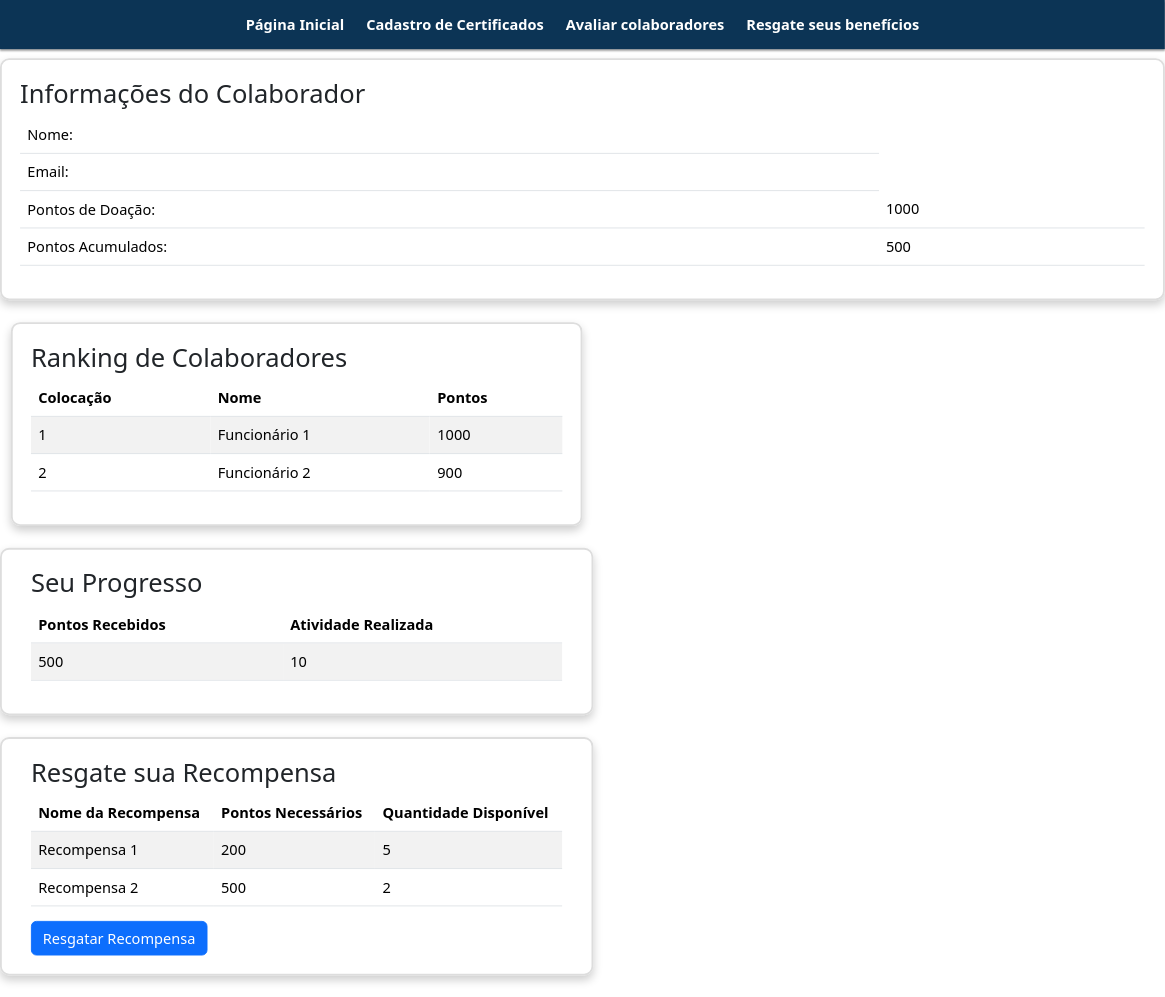
Repository: mumuryllo/ProjetoZupPointsCatalisa5
Page: ZuPointsCatalisa5 Front-End/colaborador.html
These files come from the project's save history. The page is drawn as it stood at one moment and after the next save; the edit follows.
The browser window is 1280 px wide. The pictures show the whole page, at 91% of full size.
The page's requests for data from a server got no answer.

Above is the page before, as saved 2023-10-12 17:42:32.

### ZuPointsCatalisa5 Front-End/colaborador.html
<!DOCTYPE html>
<html lang="en">
<head>
    <meta charset="UTF-8">
    <meta name="viewport" content="width=device-width, initial-scale=1.0">
    <title>Página de Funcionários</title>

    <link href="https://cdn.jsdelivr.net/npm/bootstrap@5.3.2/dist/css/bootstrap.min.css" rel="stylesheet"
        integrity="sha384-T3c6CoIi6uLrA9TneNEoa7RxnatzjcDSCmG1MXxSR1GAsXEV/Dwwykc2MPK8M2HN" crossorigin="anonymous">

    <link rel="stylesheet" href="style/nav-bar.css">

    <!-- Custom CSS for Styling -->
    <style>
        .custom-border {
            border: 2px solid #ddd;
            border-radius: 10px;
            padding: 20px;
            box-shadow: 0px 5px 10px rgba(0, 0, 0, 0.2);
        }
        .mb-4 {
            margin-bottom: 2rem;
        }
    </style>
</head>
<body>
    <!-- Cabeçalho -->
    <nav>
        <a href="index.html">Página Inicial</a>
        <a href="./cadastro_certificado.html">Cadastro de Certificados</a>
        <a href="avaliar_colaboradores.html"> Avaliar colaboradores</a>
        <a href="buscarEspecifico.html">Resgate seus benefícios</a>
    </nav>

    <div class="container-fluid">
        <div class="row">
            <!-- Informações do Colaborador -->
            <div class="col-md-12 custom-border mb-4">
                <h3>Informações do Colaborador</h3>
                <div class="table-responsive">
                    <table class="table">
                        <tbody>
                            <tr>
                                <td>Nome:</td>
                            </tr>
                            <tr>
                                <td>Email:</td>
                            </tr>
                            <tr>
                                <td>Pontos de Doação:</td>
                                <td>1000</td>
                            </tr>
                            <tr>
                                <td>Pontos Acumulados:</td>
                                <td>500</td>
                            </tr>
                            <!-- Adicione mais informações conforme necessário -->
                        </tbody>
                    </table>
                </div>
            </div>
        </div>

        <!-- Coluna da esquerda com o ranking -->
        <div class="col-md-6 custom-border mb-4">
            <h3>Ranking de Colaboradores</h3>
            <table class="table table-striped">
                <thead>
                    <tr>
                        <th>Colocação</th>
                        <th>Nome</th>
                        <th>Pontos</th>
                    </tr>
                </thead>
                <tbody>
                    <tr>
                        <td>1</td>
                        <td>Funcionário 1</td>
                        <td>1000</td>
                    </tr>
                    <tr>
                        <td>2</td>
                        <td>Funcionário 2</td>
                        <td>900</td>
                    </tr>
                    <!-- Adicione mais linhas conforme necessário -->
                </tbody>
            </table>
        </div>

        <!-- Coluna da direita com divisão vertical -->
        <div class="col-md-6">
            <!-- Parte superior - Seu Progresso -->
            <div class="row justify-content-center custom-border mb-4" style="max-height: 50vh; overflow-y: auto;">
                <div class="col-12">
                    <h3>Seu Progresso</h3>
                    <div class="table-responsive">
                        <table class="table table-striped">
                            <thead>
                                <tr>
                                    <th>Pontos Recebidos</th>
                                    <th>Atividade Realizada</th>
                                </tr>
                            </thead>
                            <tbody>
                                <tr>
                                    <td>500</td>
                                    <td>10</td>
                                </tr>
                                <!-- Adicione mais linhas conforme necessário -->
                            </tbody>
                        </table>
                    </div>
                </div>
            </div>

            <!-- Divisão vertical -->
            <div class="row">
                <div class="col-12 border-right">
                    <!-- Parte inferior - Resgate sua Recompensa -->
                    <div class="row justify-content-center custom-border mb-4" style="max-height: 50vh; overflow-y: auto;">
                        <div class="col-12">
                            <h3>Resgate sua Recompensa</h3>
                            <div class="table-responsive">
                                <table class="table table-striped">
                                    <thead>
                                        <tr>
                                            <th>Nome da Recompensa</th>
                                            <th>Pontos Necessários</th>
                                            <th>Quantidade Disponível</th>
                                        </tr>
                                    </thead>
                                    <tbody>
                                        <tr>
                                            <td>Recompensa 1</td>
                                            <td>200</td>
                                            <td>5</td>
                                        </tr>
                                        <tr>
                                            <td>Recompensa 2</td>
                                            <td>500</td>
                                            <td>2</td>
                                        </tr>
                                        <!-- Adicione mais linhas conforme necessário -->
                                    </tbody>
                                </table>
                            </div>
                            <button class="btn btn-primary text-center">Resgatar Recompensa</button>
                        </div>
                    </div>
                </div>
            </div>
        </div>
    </div>
    <script src="./js/listarInfoColaboradores.js"></script>
    <script src="./js/listarCertificado.js"></script>
    <script src="https://cdn.jsdelivr.net/npm/bootstrap@5.3.2/dist/js/bootstrap.bundle.min.js" integrity="sha384-C6RzsynM9kWDrMNeT87bh95OGNyZPhcTNXj1NW7RuBCsyN/o0jlpcV8Qyq46cDfL" crossorigin="anonymous"></script>
</body>
</html>

### ZuPointsCatalisa5 Front-End/style/nav-bar.css
:root {
    --cor0: #0e1a33;
    --cor1: #061b2c;
    --cor2: #0c3455;
    --cor3: #8dc63F;
    --cor4: #40ba84;
    --cor5: #ef4123;
    --cor6: #f7941e;
    --cor7: #909090;
    --cor8: #ffffff;

    --fonte-padrao: Arial, Verdana, Helvetica, sans-serif;
    --fonte-destaque: 'Bebas Neue', cursive;
}

header {
    background-image: linear-gradient(to bottom, var(--cor0), var(--cor2));
    text-align: center;
    min-height: 150px;
    padding-top: 30px;
}

header>h1 {
    color: var(--cor8);
    font-weight: normal;
    font-size: 3em;
    margin-bottom: 20px;
    text-shadow: 2px 2px 0 rgba(0, 0, 0, 0.466);
}

header>p {
    color: var(--cor8);
    font-size: 1.2em;
    padding-left: 10px;
    padding-right: 10px;
    margin: auto;
    padding-bottom: 20px;
    text-shadow: 2px 2px 0 rgba(0, 0, 0, 0.466);
}

nav {
    background-color: var(--cor2);
    padding: 15px;
    box-shadow: 0px 2px 2px #0000005b;
    text-align: center;
    margin-bottom: 10px;
}

nav a {
    color: var(--cor8);
    padding: 10px;
    text-decoration: none;
    font-weight: bold;
    transition-duration: 0.5s;
}

nav a:hover {
    border-bottom: 5px solid var(--cor3);
    padding-bottom: 2px;
    text-decoration: none;/
}

### ZuPointsCatalisa5 Front-End/js/listarInfoColaboradores.js
document.addEventListener("DOMContentLoaded", function () {
    function fetchColaboradorData() {
        const colaboradorId = localStorage.getItem('id');
        const url = `http://localhost:8080/colaboradores/${colaboradorId}`;
        const token =  localStorage.getItem('token'); // Substitua pelo seu token Bearer válido

        fetch(url, {
            headers: {
                'Authorization': `Bearer ${token}`
            }
        })
            .then(response => {
                if (!response.ok) {
                    throw new Error(`Erro na requisição: ${response.status} - ${response.statusText}`);
                }
                return response.json();
            })
            .then(data => {
                // Substitua os IDs dos elementos abaixo pelos IDs corretos em seu HTML
                document.getElementById('nomeColaborador').textContent = data.nome;
                document.getElementById('emailColaborador').textContent = data.email;
                document.getElementById('pontosDoacao').textContent = data.pontosDoacao;
                document.getElementById('pontosAcumulados').textContent = data.pontosAcumulados;
            })
            .catch(error => {
                console.error('Erro na requisição:', error);
            });
    }

    fetchColaboradorData();
});

### ZuPointsCatalisa5 Front-End/js/listarCertificado.js
document.addEventListener('DOMContentLoaded', function () {
    const token = localStorage.getItem('token');
    const userId = localStorage.getItem('id');

    fetch(`http://localhost:8080/certificados?colaborador_id=${userId}`, {
      method: 'GET',
      headers: {
        'Authorization': `Bearer ${token}`
      }
    })
      .then(response => {
        if (response.ok) {
          return response.json();
        } else {
          throw new Error('Falha na requisição');
        }
      })
      .then(certificados => {
        const certificadosAccordion = document.querySelector('#certificadosAccordion');

        certificados.forEach(certificado => {
          const certificadoItem = document.createElement('div');
          certificadoItem.className = 'accordion-item';

          if(certificado.colaborador.id==userId){

            certificadoItem.innerHTML = `
            <h2 class="accordion-header" id="certificado${certificado.id}Heading">
              <button class="accordion-button" type="button" data-bs-toggle="collapse" data-bs-target="#certificado${certificado.id}Collapse" aria-expanded="true" aria-controls="certificado${certificado.id}Collapse">
                Certificado ${certificado.nome}
              </button>
            </h2>
            <div id="certificado${certificado.id}Collapse" class="accordion-collapse collapse" aria-labelledby="certificado${certificado.id}Heading" data-bs-parent="#certificadosAccordion">
              <div class="accordion-body">
                <p><strong>Nome:</strong> ${certificado.nome}</p>
                <p><strong>Link:</strong> <a href="${certificado.link}">${certificado.link}</a></p>
                <p><strong>Número de Credencial:</strong> ${certificado.numero_credencial}</p>
                <p><strong>Tipo de Certificado:</strong> ${certificado.tipo_certificado}</p>
                <p><strong>Validação Certificado:</strong> ${certificado.certificado_valido}</p>
              </div>
            </div>
          `;

          certificadosAccordion.appendChild(certificadoItem);
          }

        });
      })
      .catch(error => {
        console.error('Ocorreu um erro:', error);
      });
  });

After the next save:
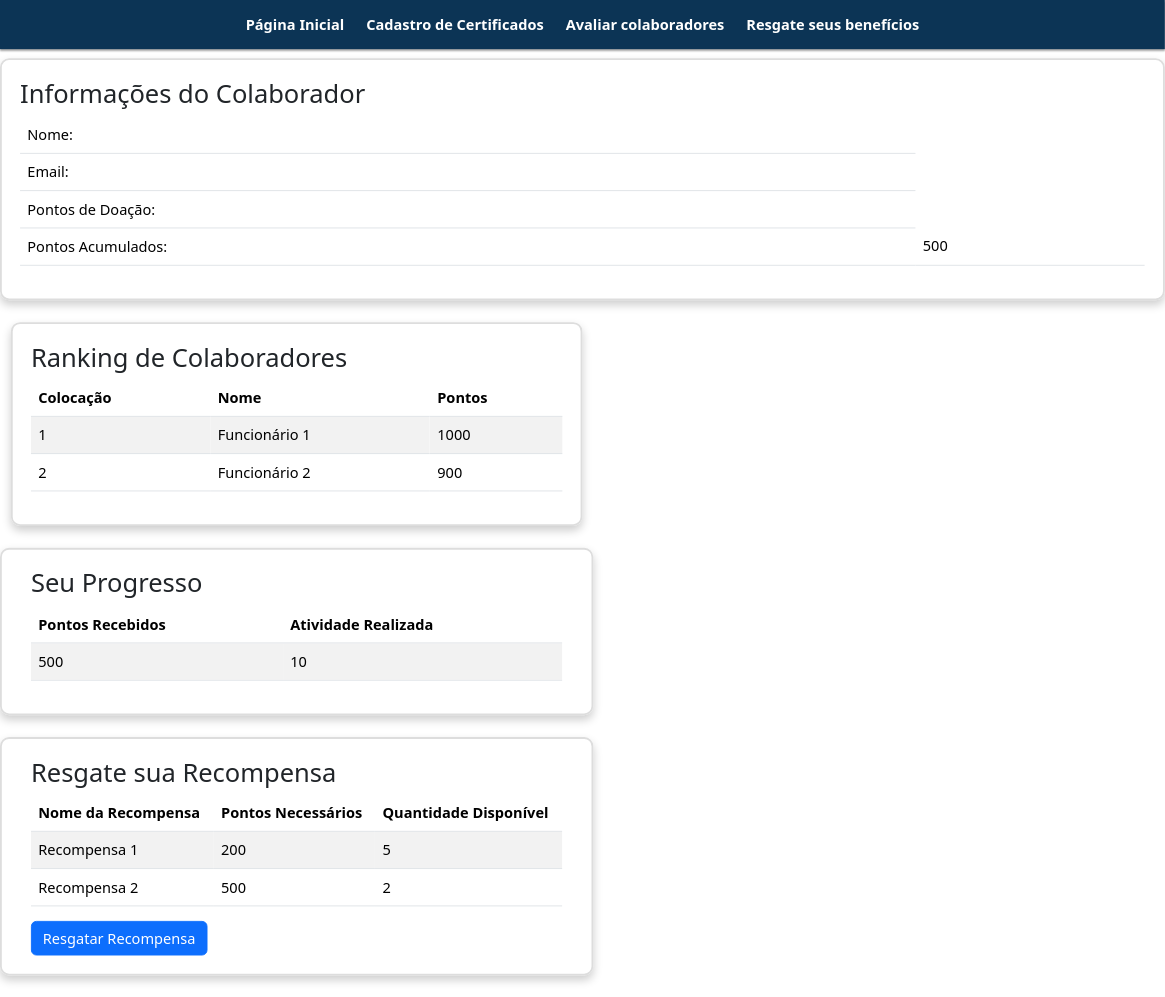
Saved 4 s later.
--- a/ZuPointsCatalisa5 Front-End/colaborador.html
+++ b/ZuPointsCatalisa5 Front-End/colaborador.html
@@ -48,7 +48,6 @@
                             </tr>
                             <tr>
                                 <td>Pontos de Doação:</td>
-                                <td>1000</td>
                             </tr>
                             <tr>
                                 <td>Pontos Acumulados:</td>
